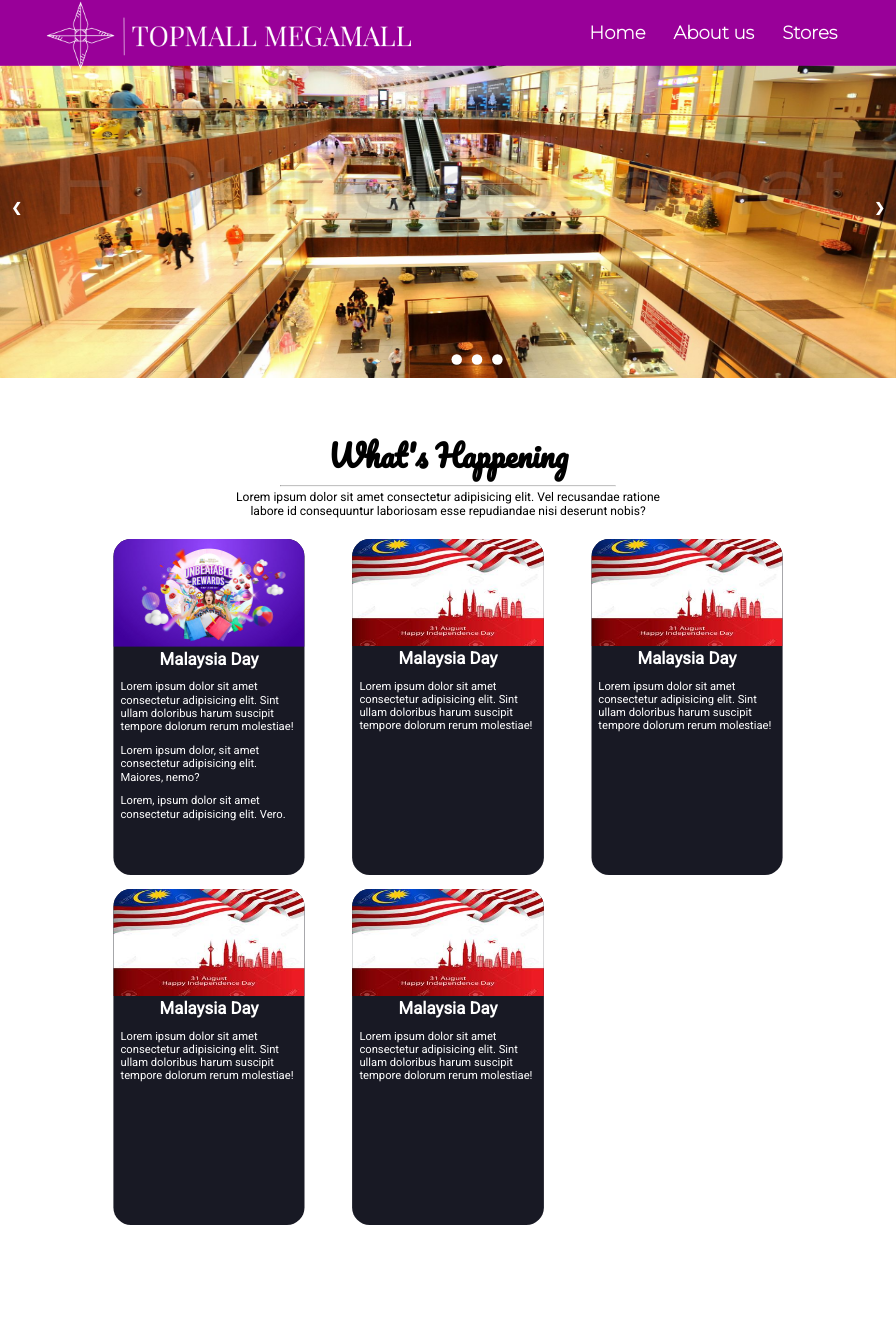
Repository: Jack0Bong/Web-Dev-Assignment
Page: index.html
These files come from the project's save history. The page is drawn as it stood at one moment and after the next save; the edit follows.
The browser window is 1280 px wide. The pictures show the part of the page from y = 0 to 1920 px (the page is 3145 px tall), at 70% of full size.

Above is the page before, as saved 2021-09-03 23:25:18.

### index.html
<!DOCTYPE html>
<html lang="en">
    <head>
        <meta charset="UTF-8">
        <meta http-equiv="X-UA-Compatible" content="IE=edge">
        <meta name="viewport" content="width=device-width, initial-scale=1.0">
        <title>Topmall Megamall</title>

        <!-- fonts link -->
        <link href="https://fonts.googleapis.com/css2?family=Montserrat:wght@200&display=swap" rel="stylesheet">
        <link href="https://fonts.googleapis.com/css2?family=Pacifico&display=swap" rel="stylesheet">
        <link href="https://fonts.googleapis.com/css2?family=Caveat&family=Pacifico&display=swap" rel="stylesheet">
        <link href="https://fonts.googleapis.com/css2?family=Roboto&display=swap" rel="stylesheet">
        <link href="https://fonts.googleapis.com/css2?family=Poppins:wght@200&display=swap" rel="stylesheet">
        <link href="https://fonts.googleapis.com/css2?family=Noto+Sans+TC:wght@300&display=swap" rel="stylesheet">

        <!-- icon link -->
        <link rel="stylesheet" href="https://cdnjs.cloudflare.com/ajax/libs/font-awesome/4.7.0/css/font-awesome.min.css">

        <!-- style sheets link -->
        <link rel="stylesheet" href="css/navbar.css">
        <link rel="stylesheet" href="css/index.css">
    </head>
<body>
    <!-- navigation bar -->
    <nav class="nav">
        <a href="index.html"><img src="Assets/topmall-white.png" alt="Topmall" class="logo"></a>
        <ul class="navlist">
            <!-- links added here -->
            <li><a href="index.html" class="navlink">Home</a></li>
            <li><a href="" class="navlink">About us</a></li>
            <li><a href="shops.html" class="navlink">Stores</a></li>
        </ul>
    </nav>

    <!-- carousel with three images -->
    <section>
        <div class="carousel">

            <div class="slides fade">
                <img src="Assets/slide-one.jpg" alt="">
                <div class="slideText">Slide One</div>
            </div>

            <div class="slides fade">
                <img src="Assets/slide-two.jpg" alt="">
                <div class="slideText">Slide One</div>
            </div>

            <div class="slides fade">
                <img src="Assets/slide-three.jpg" alt="">
                <div class="slideText">Slide One</div>
            </div>

            <a onclick="slideController(-1)" class="prevslide">&#10094;</a>
            <a onclick="slideController(1)" class="nextslide">&#10095;</a>

            <div class="slidedot">
                <span onclick="dotController(1)" class="dot"></span>
                <span onclick="dotController(2)" class="dot"></span>
                <span onclick="dotController(3)" class="dot"></span>
            </div>

        </div>
    </section>

    <section class="events-section">
        <div class="section-title">
            <h1>What's Happening</h1>
            <hr>
            <p>Lorem ipsum dolor sit amet consectetur adipisicing elit. Vel recusandae ratione labore id consequuntur laboriosam esse repudiandae nisi deserunt nobis?</p>
        </div>

        <div class="card-view">

            <div class="card">
                <img src="Assets/event-two.jpg" alt="">
                <h2>Malaysia Day</h2>
                <p>Lorem ipsum dolor sit amet consectetur adipisicing elit. Sint ullam doloribus harum suscipit tempore dolorum rerum molestiae!</p>
                <p>Lorem ipsum dolor, sit amet consectetur adipisicing elit. Maiores, nemo?</p>
                <p>Lorem, ipsum dolor sit amet consectetur adipisicing elit. Vero.</p>
            </div>
            <div class="card">
                <img src="Assets/event-one.jpg" alt="">
                <h2>Malaysia Day</h2>
                <p>Lorem ipsum dolor sit amet consectetur adipisicing elit. Sint ullam doloribus harum suscipit tempore dolorum rerum molestiae!</p>
            </div>
            <div class="card">
                <img src="Assets/event-one.jpg" alt="">
                <h2>Malaysia Day</h2>
                <p>Lorem ipsum dolor sit amet consectetur adipisicing elit. Sint ullam doloribus harum suscipit tempore dolorum rerum molestiae!</p>
            </div>
            <div class="card">
                <img src="Assets/event-one.jpg" alt="">
                <h2>Malaysia Day</h2>
                <p>Lorem ipsum dolor sit amet consectetur adipisicing elit. Sint ullam doloribus harum suscipit tempore dolorum rerum molestiae!</p>
            </div>
            <div class="card">
                <img src="Assets/event-one.jpg" alt="">
                <h2>Malaysia Day</h2>
                <p>Lorem ipsum dolor sit amet consectetur adipisicing elit. Sint ullam doloribus harum suscipit tempore dolorum rerum molestiae!</p>
            </div>

        </div>
    </section>

    <section class="promotion-section">
        <div class="section-title">
            <h1>Deals and Promotion</h1>
            <hr>
            <p>Lorem ipsum dolor sit amet consectetur adipisicing elit. Eos exercitationem tempore rerum dolore? Nobis cupiditate dignissimos adipisci nihil repellat asperiores velit sequi! Voluptatum tempora saepe itaque incidunt.</p>
        </div>

        <div class="box-view">

            <div class="box">
                <img src="Assets/promo-one.jpg" alt="">
            </div>
            <div class="box">
                <img src="Assets/promo-one.jpg" alt="">
            </div>
            <div class="box">
                <img src="Assets/promo-one.jpg" alt="">
            </div>
            <div class="box">
                <img src="Assets/promo-one.jpg" alt="">
            </div>
            <div class="box">
                <img src="Assets/promo-one.jpg" alt="">
            </div>
            <div class="box">
                <img src="Assets/promo-one.jpg" alt="">
            </div>
            <div class="box">
                <img src="Assets/promo-one.jpg" alt="">
            </div>
            <div class="box">
                <img src="Assets/promo-one.jpg" alt="">
            </div>

        </div>
    </section>


    <!-- footer element -->
    <footer>
        <div class="footer-upper">
            <div class="footer-content">
                <h1 class="footer-title">Quick Links</h1>
                <a href="">Home</a>
                <a href="">About Us</a>
                <a href="">Stores</a>
            </div>
            <div class="footer-content">
                <h1 class="footer-title">Operating Hours</h1>
                <span style="font-size: 0.75em;">MONDAY - FRIDAY</span>
                <h2>10:00 AM - 10:00 PM</h2>
                <span style="font-size: 0.75em;">SATURDAY - SUNDAY</span>
                <h2>10:00 AM - 11:00 PM</h2>
            </div>
            <div class="footer-content">
                <h1 class="footer-title">Contact Info</h1>
                <span>Customer serivce Centre</span>
                <a href="tel:0123456789">+60123456789</a>
                <a href="mailto:someone@example.com">Email: management@topmall.com</a>
            </div>
            <hr>
        </div>
        <div class="footer-lower">
            <div class="footer-email">
                <span style="color: white;">Sign up for Topmall Newsletter</span>
                <form action="" method="post"> <input type="email" name="" id=""> <button type="submit" style="background-color:black;border:none;font-size: 0.5em;"><i class="fa fa-paper-plane"></i></button> </form>
            </div>
            <div class="footer-social">
                <a href="" class="fa fa-facebook-square"></a>
                <a href="" class="fa fa-twitter-square"></a>
                <a href="" class="fa fa-youtube-square"></a>
                <a href="" class="fa fa-instagram"></a>
                <a href="" class="fa fa-reddit"></a>
            </div>
        </div>
    </footer>


    <script src="Js/navbar.js"></script>
    <script src="Js/carousel.js"></script>
</body>
</html>

### css/navbar.css
*{
    padding: 0px;
    margin: 0px;
    box-sizing: border-box;
}

body{
    min-height: 100vh;
    display: flex;
    flex-direction: column;
}


/* Navigation bar style */
nav{
    position: fixed;
    width: 100%;
    height: 13vh;
    display: flex;
    justify-content: space-between;
    transition: 0.3s ease-in-out;
    background-color: #990099;
    opacity: 80%;
    z-index: 999;
}

nav:hover{
    width: 100%;
    height: 13vh;
    opacity: 100%;
}

.shrink{
    height: 9vh;
    background-color: #990099;
}

.logo{
    padding-left: 5vw;
}

.navlist{
    display: flex;
    align-items: center;
    padding-right: 5vw;
}

.navlist li{
    list-style: none;
    padding: 0px 20px;
}

.navlink{
    position: relative;
    color: white;
    font-size: 26px;
    font-weight: 700;
    text-decoration: none;
    font-family: montserrat;
}

.navlink:hover {
    color: white;
}

.navlink::before {
    content: "";
    position: absolute;
    display: block;
    width: 100%;
    height: 2px;
    bottom: 0;
    left: 0;
    background-color: white;
    transform: scaleX(0);
    transition: transform 0.3s ease;
  }

.navlink:hover::before {
    transform: scaleX(1);
}

.navbar-padding{
    width: 100%;
    height: 13vh;
}


/* footer styling */
footer{
    margin-top: auto;
    background-color: black;
    height: 50vh;
}

.footer-upper{
    width: 80%;
    display: flex;
    flex-direction: row;
    justify-content: start;
    margin-left: 10%;
    flex-wrap: wrap;
}

.footer-content{
    display: flex;
    flex-direction: column;
    margin-top: 3vh;
    color: white;
    font-family: 'Noto Sans TC', sans-serif;
    margin-right: 18%;
}

.footer-title{
    margin-bottom: 15%;
    font-size: 1.2em;
}

.footer-content a{
    font-size: 0.9em;
    text-decoration: none;
    color: white;
    padding: 3px 0px 3px 0px;
}

.footer-content span{
    padding: 3px 0px 3px 0px;
    font-size: 0.9em;
    font-family: 'Noto Sans TC', sans-serif;
}

.footer-content h2{
    font-size: 0.9em;
}

.footer-upper hr{
    margin: 3% 0px 3% 0px;
    flex-basis: 100%;
    border: none;
    border-top: 0.1px solid white;
}

.footer-lower{
    width: 80%;
    display: flex;
    flex-direction: row;
    justify-content: space-between;
    margin-left: 10%;
    flex-wrap: wrap;
}

.footer-email{
    font-family: 'Noto Sans TC', sans-serif;
}

.footer-email form{
    display: inline;
    width: fit-content;
}


.footer-social a{
    text-decoration: none;
}

.fa{
    color: white;
    font-size: 2em;
}

### css/index.css
/* Carousel css */
.carousel{
    position: relative;
    width: 100%;
    height: 75vh;
}

.slides{
    display: none;
    width: 100%;
    height: 100%;
}

.slides img{
    width: 100%;
    height: 100%;
}

.prevslide,.nextslide{
    position: absolute;
    top: 50%;
    width: auto;
    padding: 16px;
    color: white;
    font-weight: bold;
    font-size: 18px;
    transition: 0.6s ease;
    border-radius: 0 3px 3px 0;
    user-select: none;
}

.nextslide{
    right: 0%;
    border-radius: 3px 0 0 3px;
}

.slideText{
    display: none;
}

.slidedot{
    position: absolute;
    bottom: 10px;
    display: inline;
    margin-left: 50%;
}

.dot{
    position: relative;
    cursor: pointer;
    height: 15px;
    width: 15px;
    margin: 5px;
    background-color: white;
    border-radius: 50%;
    display: inline-block;
    transition: background-color 0.6s ease;
}

.active, .dot:hover{
    background-color: #bbb;
}

.fade {
    -webkit-animation-name: fade;
    -webkit-animation-duration: 1.5s;
    animation-name: fade;
    animation-duration: 1.5s;
  }

@-webkit-keyframes fade {
from {opacity: .4}
to {opacity: 1}
}

@keyframes fade {
from {opacity: .4}
to {opacity: 1}
}



/* Events section styling */
.events-section{
    width: 100%;
    margin: 10vh auto 10vh auto
}

.section-title{
    font-family: pacifico;
    font-size: 1.8em;
    text-align: center;
    width: 50%;
    margin: auto;
}

.section-title p{
    font-size: 0.6em;
    font-family: roboto;
    margin-bottom: 30px;
}

.section-title hr{
    width: 75%;
    margin: 5px auto 5px auto;
}

.card-view{
    display: grid;
    grid-template-columns: repeat(3, 1fr);
    grid-auto-rows: auto;
    width: 80%;
    margin: auto;
}

.card{
    margin: 0 auto 20px auto;
    width: 80%;
    min-height: 480px;
    background-color: #181924;
    color: white;
    font-family: roboto;
    border-radius: 25px;
}

.card img{
    width: 100%;
    object-fit: cover;
    border-radius: 25px 25px 0 0;
}

.card h2{
    text-align: center;
}

.card p{
    text-overflow: clip;
    margin: 15px 10px 0px 10px;
}


/* promotion section styling */
.promotion-section{
    margin: 10vh auto 10vh auto
}

.box-view{
    display: grid;
    grid-template-columns: repeat(4, 1fr);
    grid-auto-rows: auto;
    width: 80%;
    margin: auto;
}

.box{
    width: 250px;
    height: 250px;
    margin-bottom: 30px;
}

.box img{
    width: 250px;
    object-fit: cover;
}

### Js/navbar.js
window.addEventListener("scroll", (event) => {
    let scroll = this.scrollY;
    let navbar = document.querySelector('.nav');
    if(scroll >= 100){
        navbar.classList.add("shrink")
    }else{
        navbar.classList.remove("shrink");
    }
});

### Js/carousel.js
let slideIndex = 1;
displaySlide(slideIndex);


function slideController(n){
    displaySlide(slideIndex+= n)
}

function dotController(n){
    slideIndex = n;
    displaySlide(slideIndex);
}

function displaySlide(n){
    let slides = document.querySelectorAll(".slides");
    if(n > slides.length){ slideIndex = 1}
    if(n < 1){ slideIndex = 3}

    for(let i = 0; i < slides.length;i++){
        slides[i].style.display="none";
    }

    slides[slideIndex-1].style.display = "block";

}

After the next save:
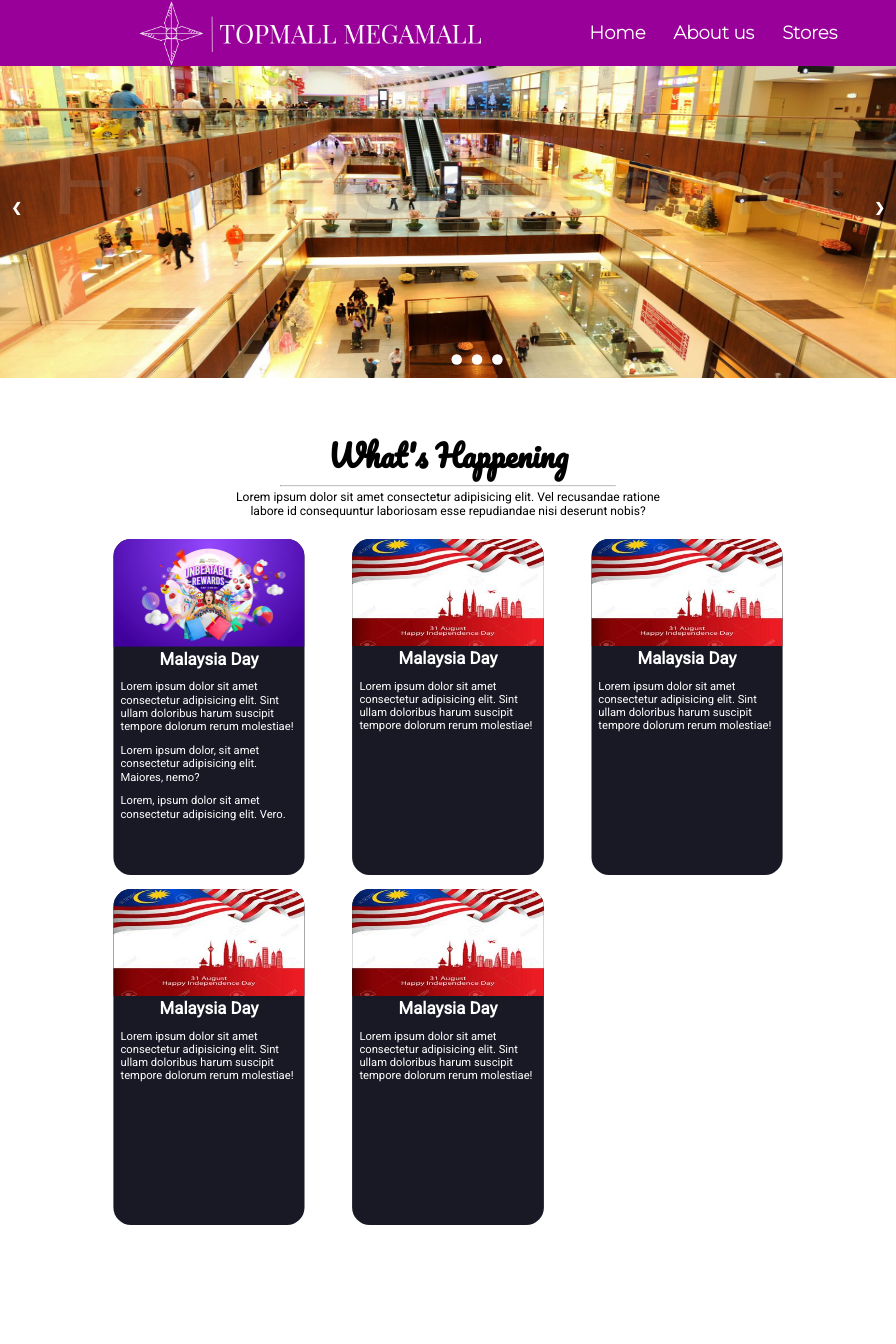
Saved 49 s later.
--- a/index.html
+++ b/index.html
@@ -24,7 +24,7 @@
 <body>
     <!-- navigation bar -->
     <nav class="nav">
-        <a href="index.html"><img src="Assets/topmall-white.png" alt="Topmall" class="logo"></a>
+        <a href="index.html"></a><img src="Assets/topmall-white.png" alt="Topmall" class="logo"></a>
         <ul class="navlist">
             <!-- links added here -->
             <li><a href="index.html" class="navlink">Home</a></li>
